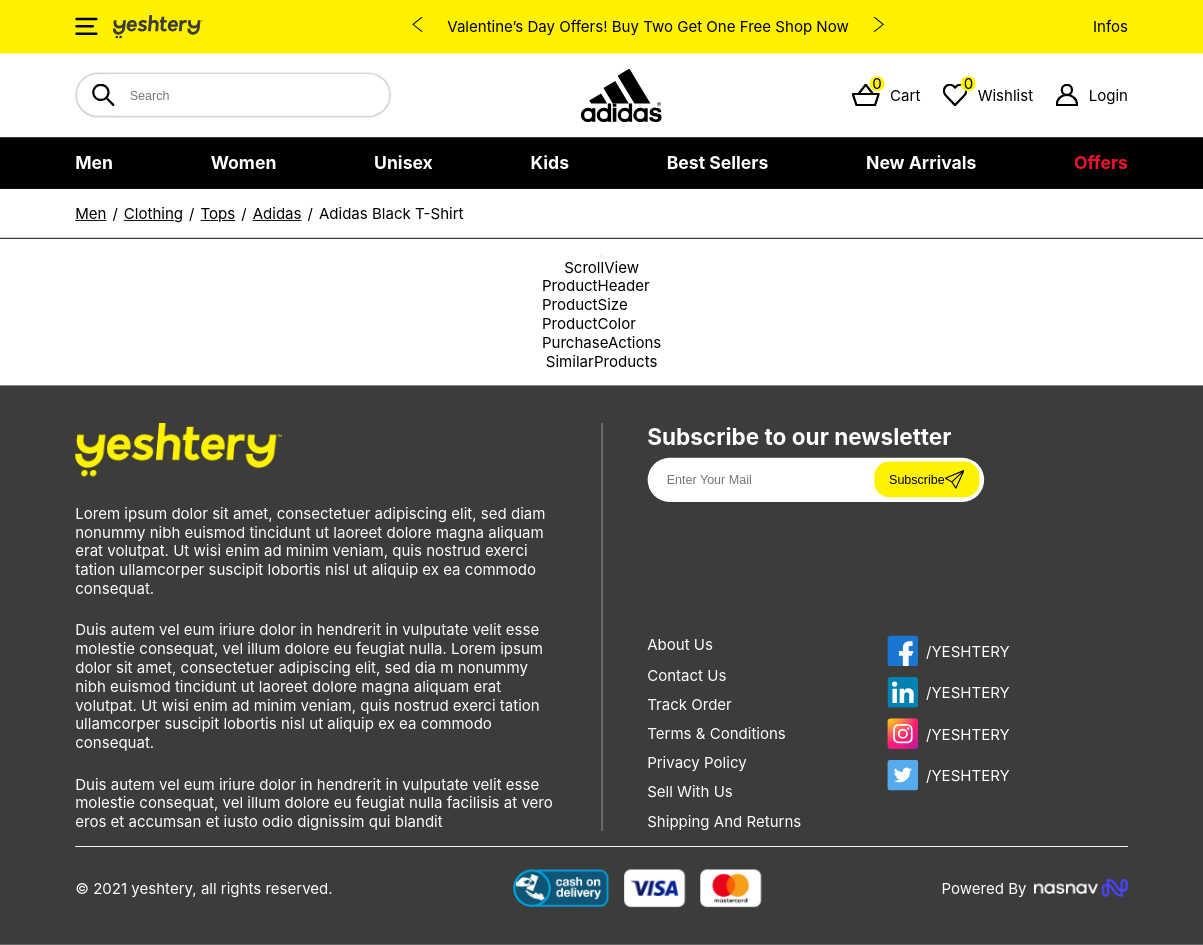
Repository: ahmed-mohamed-eng/Yeshtery-One-Page-Project
Page: /
These files come from the project's save history. The page is drawn as it stood at one moment and after the next save; the edit follows.
The browser window is 1280 px wide. The pictures show the whole page, at 94% of full size.
The project was rebuilt for these pictures with package versions that can differ from the ones it lists, and the page was loaded fresh each time. Also part of the build but not shown: src/components/MainArea/Product/ProductInfo/ProductInfo.module.css, src/components/MainArea/Product/Product.module.css.

Above is the page before, as saved 2022-12-10 15:48:54.

After the next save:
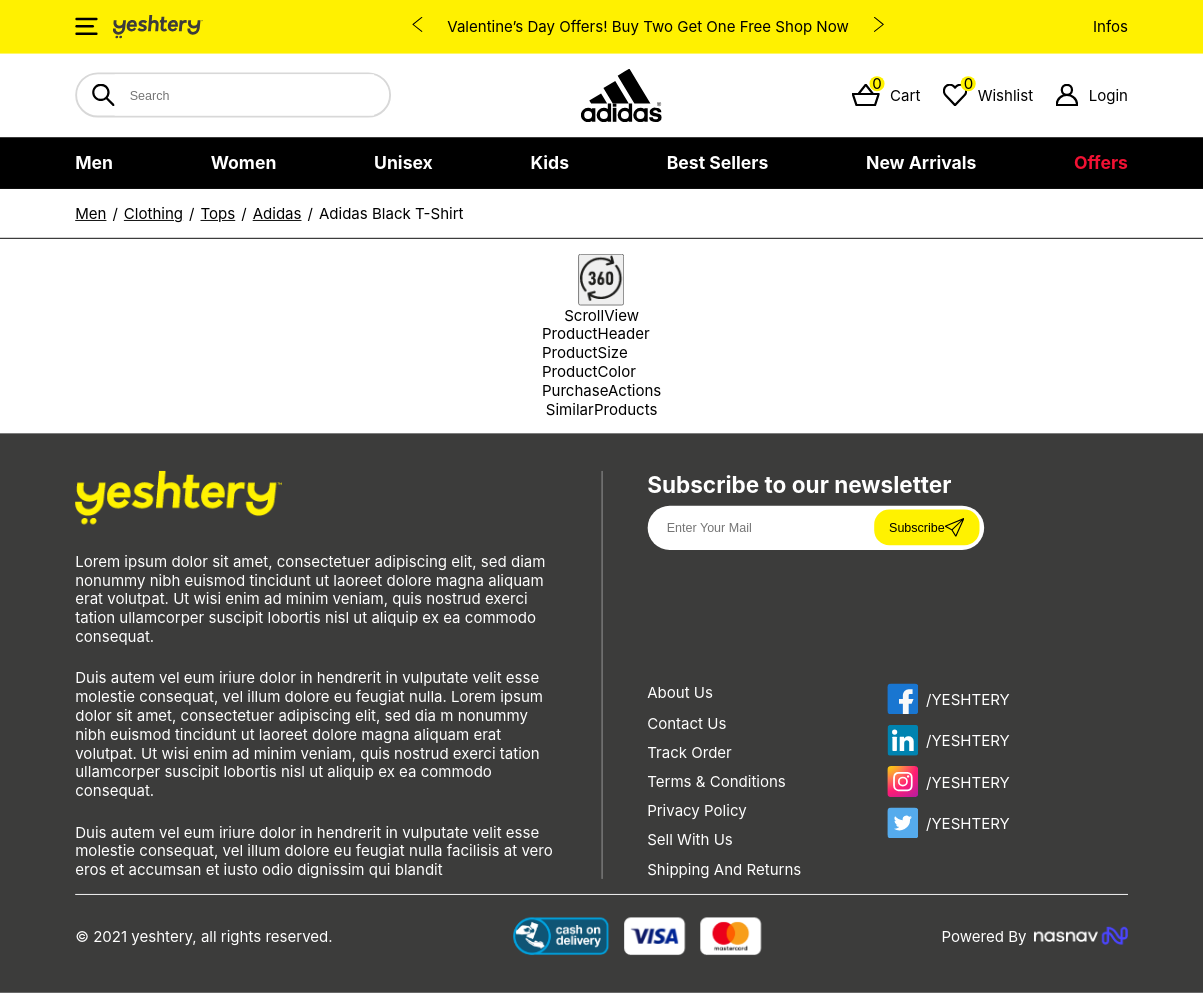
Saved 103 s later.
--- a/src/components/MainArea/Product/ProductView/MainView/index.tsx
+++ b/src/components/MainArea/Product/ProductView/MainView/index.tsx
@@ -1,9 +1,15 @@
 import styles from "./MainView.module.css";
+
+import imgOne from "../../../../../images/main_area/img_1.png";
+import icon360 from "../../../../../images/main_area/360_icon.png";
 
 const MainView = () => {
   return (
     <div className={styles.main_view}>
-      <button></button>
+      <button>
+        <img src={icon360} alt="View product in 360 degree" />
+      </button>
+      <img />
     </div>
   );
 };
